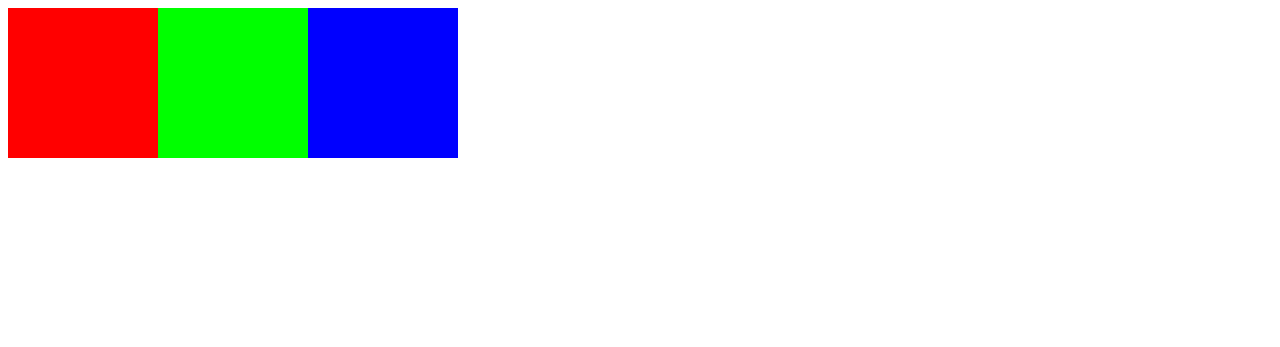
Repository: 9136424556/todo01
Page: coachtech/html-css/css1-19問.html
The author's editor kept a copy of each file at every save. The page is drawn from the files as they stood at one save, then again after the next save.
The browser window is 1280 px wide. The pictures show the whole page.

Above is the page before, as saved 2023-12-02 13:19:51.

### coachtech/html-css/css1-19問.html
<link rel="stylesheet" href="css/css1-19問.css">
<div class="item1"></div>
<div class="item2"></div>
<div class="item3"></div>

### coachtech/html-css/css/css1-19問.css
.item1{
    background: #f00;
    width: 150px;
    height: 150px;
    float: left;
}
.item2{
   background: #0f0;
   width: 150px;
   height: 150px;
   float: left;
}
.item3{
    background: #00f;
    width: 150px;
    height: 150px;
    float: left;
}

After the next save:
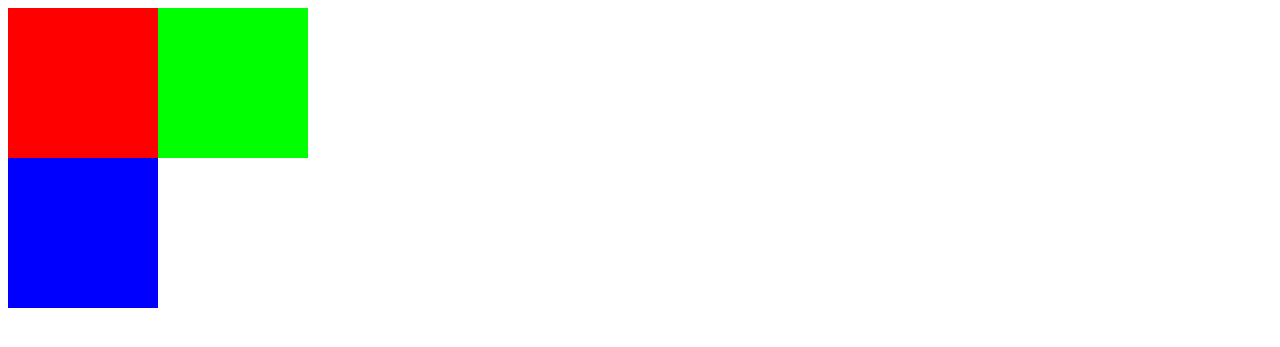
Saved 78 s later.
--- a/coachtech/html-css/css/css1-19問.css
+++ b/coachtech/html-css/css/css1-19問.css
@@ -14,5 +14,5 @@
     background: #00f;
     width: 150px;
     height: 150px;
-    float: left;
+    clear: left;
 }
